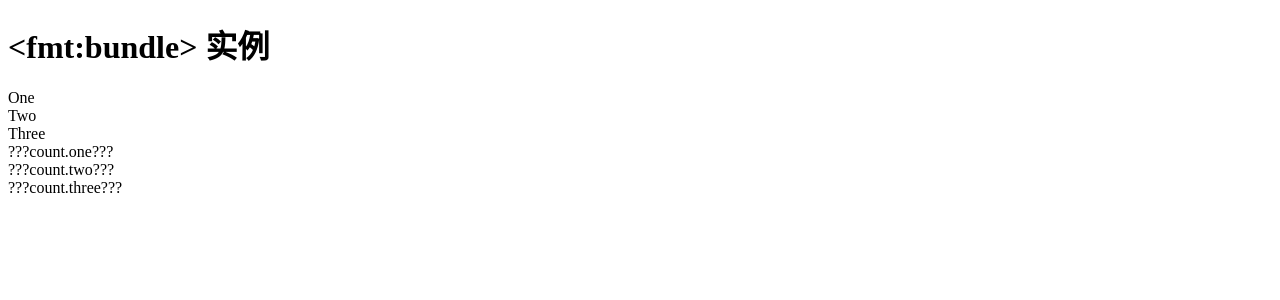
Repository: eterinfi/java
Page: http://localhost/JSPDemo/JSTLDemo/fmt/fmt_bundle.jsp
The author's editor kept a copy of each file at every save. The page is drawn from the files as they stood at one save, then again after the next save.
The browser window is 1280 px wide. The pictures show the whole page.
The page is served by Tomcat 9. Nobody is signed in. The application's start-up code is not run. Other server files are loaded and not shown.

Above is the page before, as saved 2016-11-16 07:09:20.

### jee/JSPDemo/WebContent/JSTLDemo/fmt/fmt_bundle.jsp
<%@ page language="java" contentType="text/html; charset=UTF-8"
    pageEncoding="UTF-8"%>
<%@ taglib prefix="fmt" uri="http://java.sun.com/jsp/jstl/fmt" %>
<!DOCTYPE html PUBLIC "-//W3C//DTD HTML 4.01 Transitional//EN" "http://www.w3.org/TR/html4/loose.dtd">
<html>
<head>
  <meta http-equiv="Content-Type" content="text/html; charset=UTF-8">
  <title>JSTL fmt:bundle 标签实例</title>
</head>
<body>
  <h1>&lt;fmt:bundle&gt; 实例</h1>
  <fmt:bundle basename="jstl.demo.fmt.Example" prefix="count.">
    <fmt:message key="one" /><br />
    <fmt:message key="two" /><br />
    <fmt:message key="three" /><br />
  </fmt:bundle>
  <fmt:bundle basename="JSTLDemo.fmt.Example">
    <fmt:message key="count.one" /><br />
    <fmt:message key="count.two" /><br />
    <fmt:message key="count.three" /><br />
  </fmt:bundle>
</body>
</html>

### jee/JSPDemo/src/jstl/demo/fmt/Example.java
package jstl.demo.fmt;

import java.util.ListResourceBundle;

public class Example extends ListResourceBundle {
	@Override
	public Object[][] getContents() {
		return contents;
	}
    static final Object[][] contents = {
    		{"count.one", "One"},
    		{"count.two", "Two"},
    		{"count.three", "Three"},
    };
}

After the next save:
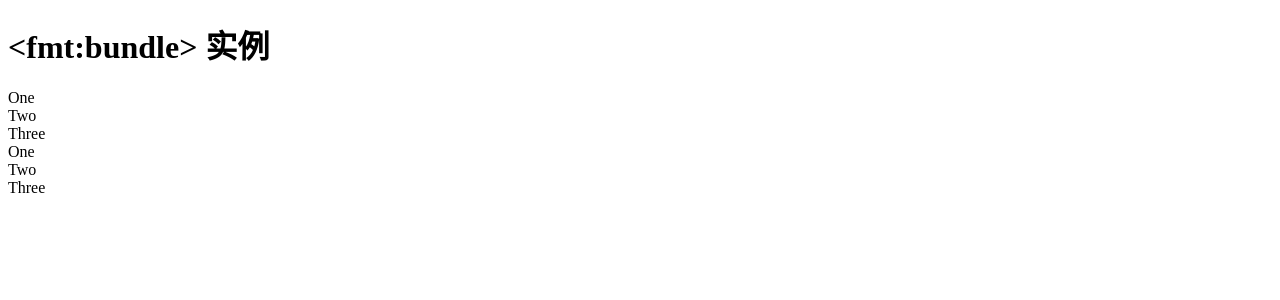
Saved 31 s later.
--- a/jee/JSPDemo/WebContent/JSTLDemo/fmt/fmt_bundle.jsp
+++ b/jee/JSPDemo/WebContent/JSTLDemo/fmt/fmt_bundle.jsp
@@ -14,7 +14,7 @@
     <fmt:message key="two" /><br />
     <fmt:message key="three" /><br />
   </fmt:bundle>
-  <fmt:bundle basename="JSTLDemo.fmt.Example">
+  <fmt:bundle basename="jstl.demo.fmt.Example">
     <fmt:message key="count.one" /><br />
     <fmt:message key="count.two" /><br />
     <fmt:message key="count.three" /><br />
